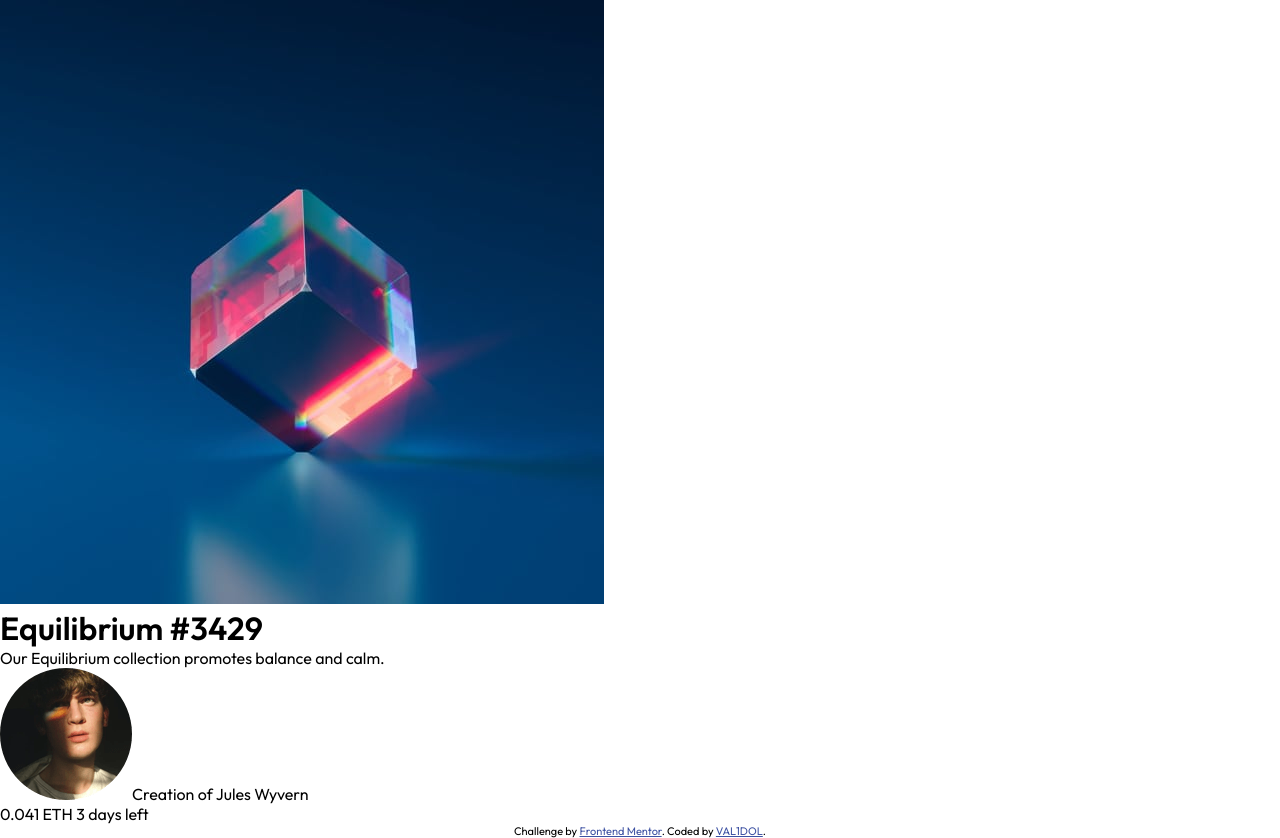
Repository: VAL1DOL-web/fm-NFT-preview-card-component
Page: index.html
The author's editor kept a copy of each file at every save. The page is drawn from the files as they stood at one save, then again after the next save.
The browser window is 1280 px wide. The pictures show the whole page.

Above is the page before, as saved 2024-01-07 15:01:15.

### index.html
<!DOCTYPE html>
<html lang="en">
<head>
  <meta charset="UTF-8">
  <meta name="viewport" content="width=device-width, initial-scale=1.0"> <!-- displays site properly based on user's device -->

  <link rel="icon" type="image/png" sizes="32x32" href="./images/favicon-32x32.png">
  <link rel="stylesheet" href="style.css">

  <title>NFT preview card component</title>

  <!-- Feel free to remove these styles or customise in your own stylesheet 👍 -->
  <style>
    .attribution { font-size: 11px; text-align: center; }
    .attribution a { color: hsl(228, 45%, 44%); }
  </style>
</head>
<body>
  <div class="container">
    <div class="imgbox">
      <img src="images/image-equilibrium.jpg" alt="">
    </div>

    <h1>Equilibrium #3429</h1>
    <p>Our Equilibrium collection promotes balance and calm.</p>


    <p class="avatar">
      <img src="/images/image-avatar.png" alt="" />Creation of Jules Wyvern
    </p>
  </div>

  0.041 ETH
  3 days left


  <div class="attribution">
    Challenge by <a href="https://www.frontendmentor.io?ref=challenge" target="_blank">Frontend Mentor</a>.
    Coded by <a href="https://github.com/VAL1DOL-web">VAL1DOL</a>.
  </div>
</body>
</html>

### style.css
@import url('https://fonts.googleapis.com/css2?family=Outfit:wght@300;400;600&display=swap');

* {
    font-family: 'Outfit', sans-serif;
    margin: 0;
    padding: 0;
    box-sizing: border-box;
  }

After the next save:
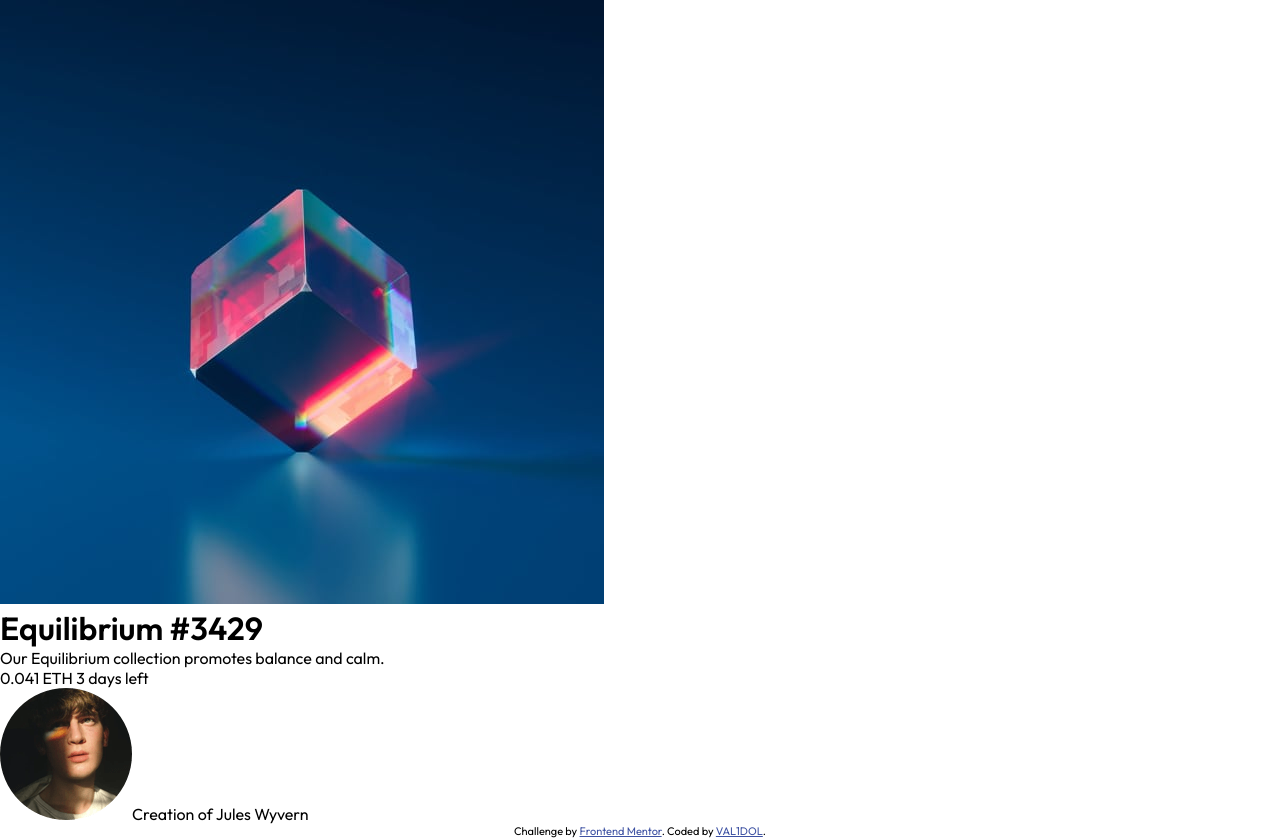
Saved 55 s later.
--- a/index.html
+++ b/index.html
@@ -20,20 +20,16 @@
     <div class="imgbox">
       <img src="images/image-equilibrium.jpg" alt="">
     </div>
-
-    <h1>Equilibrium #3429</h1>
+    <div class="textbox">
+      <h1>Equilibrium #3429</h1>
     <p>Our Equilibrium collection promotes balance and calm.</p>
-
-
+    0.041 ETH
+    3 days left
+    </div>
     <p class="avatar">
       <img src="/images/image-avatar.png" alt="" />Creation of Jules Wyvern
     </p>
   </div>
-
-  0.041 ETH
-  3 days left
-
-
   <div class="attribution">
     Challenge by <a href="https://www.frontendmentor.io?ref=challenge" target="_blank">Frontend Mentor</a>.
     Coded by <a href="https://github.com/VAL1DOL-web">VAL1DOL</a>.
